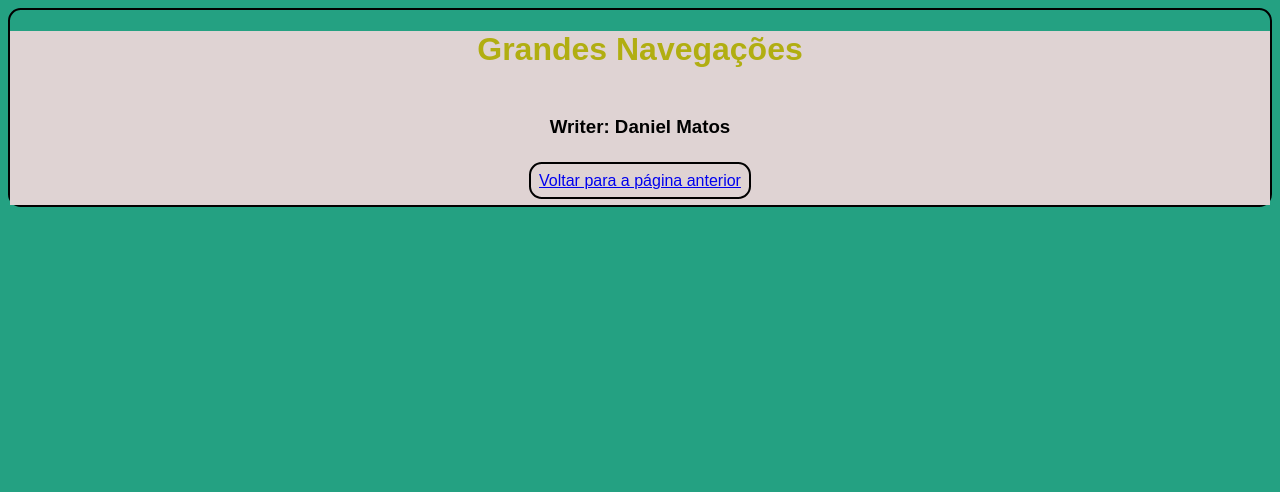
Repository: batmit/FutureFundation.github.io-1
Page: menu/articles/history/modern/Idade Moderna/grandes_navegações.html
The author's editor kept a copy of each file at every save. The page is drawn from the files as they stood at one save, then again after the next save.
The browser window is 1280 px wide. The pictures show the whole page.

Above is the page before, as saved 2022-02-22 15:50:51.

### menu/articles/history/modern/Idade Moderna/grandes_navegações.html
<!DOCTYPE html>
<html lang="pt-BR">
<head>
    <meta charset="UTF-8">
    <meta http-equiv="X-UA-Compatible" content="IE=edge">
    <meta name="viewport" content="width=device-width, initial-scale=1.0">
    <title>Grandes Navegações</title>
    <link rel="stylesheet" href="/menu/main.css">
</head>
<body>
    <div id="all">
        <header>
            <h1>Grandes Navegações</h1>
            <h3>Writer: Daniel Matos</h3>
        </header>



        <a href="./main.html">Voltar para a página anterior</a>
    </div>
</body>
</html>

### menu/main.css
body{

    text-align: center;

    border: black 2px solid;

    border-radius: 0.8rem;

    font-family: 'Ubuntu', arial;

    background-color: rgb(36, 161, 130);


}

#articles {
    gap: 3px;
}

#all{

    background-color: rgb(223, 211, 211);

}


#codigo{
    text-align:left;

}


img{
    text-align: center;
    justify-content: center;

}

p{
    font-size: 20px;
    font-family: 'Ubuntu', arial;
}

a{
    border: 2px solid black;

    border-radius: 0.8rem;

    box-sizing: border-box;

    padding: 0.5rem;

    line-height:3rem;

    margin: 2px;


}

a:hover{

    background-color:#F0FFFF;

}

h1{

    margin-bottom: 3rem;

    color: rgb(177, 174, 17);

}

audio {
    -webkit-transition:all 0.5s linear;
    -moz-transition:all 0.5s linear;
    -o-transition:all 0.5s linear;
    transition:all 0.5s linear;
    -moz-box-shadow: 2px 2px 4px 0px #006773;
    -webkit-box-shadow:  2px 2px 4px 0px #006773;
    box-shadow: 2px 2px 4px 0px #006773;
    -moz-border-radius:7px 7px 7px 7px ;
    -webkit-border-radius:7px 7px 7px 7px ;
    border-radius:7px 7px 7px 7px ;
}

audio:hover, audio:focus, audio:active {

-webkit-box-shadow: 15px 15px 20px rgba(0,0, 0, 0.4);
-moz-box-shadow: 15px 15px 20px rgba(0,0, 0, 0.4);
box-shadow: 15px 15px 20px rgba(0,0, 0, 0.4);
-webkit-transform: scale(1.05);
-moz-transform: scale(1.05);
transform: scale(1.05);

}



@media (max-width: 900px) {


    a{

        display: block;
        line-height: 0.5rem;
        padding: 1rem;

    }

    #img{
        text-align: right;
    }

}

@media (prefers-color-scheme: dark) {
    #all{

        background-color: rgb(90, 73, 73);

    }

    h1{
        color: white
    }

    p{
        color: white;
    }

    a{
        background-color: aqua;
    }

    h3{
        color: white;
    }

    strong {
        color: white;
    }


}

After the next save:
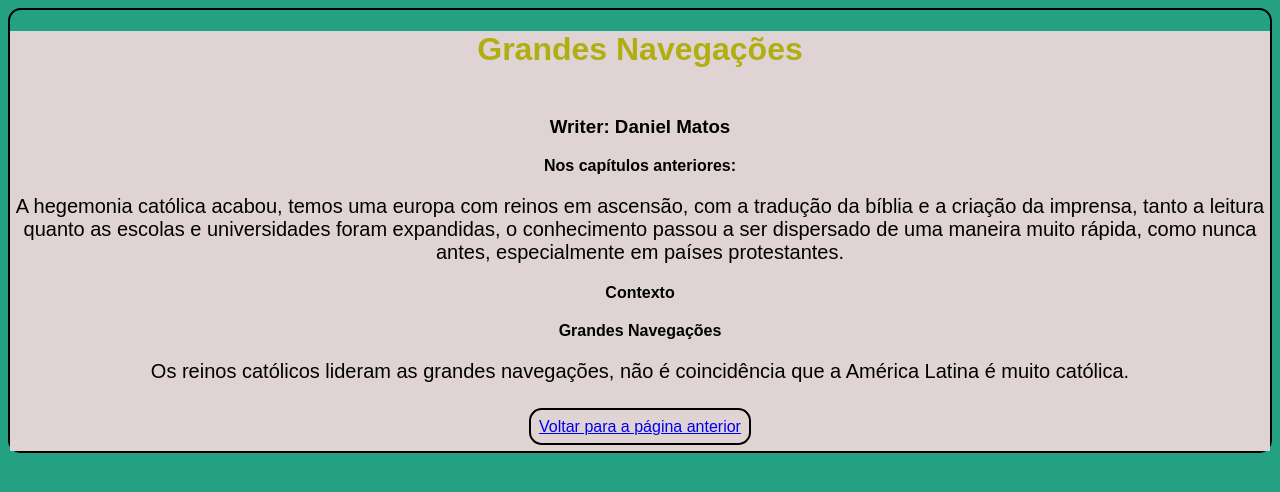
Saved 5 min 28 s later.
--- a/menu/articles/history/modern/Idade Moderna/grandes_navegações.html
+++ b/menu/articles/history/modern/Idade Moderna/grandes_navegações.html
@@ -13,8 +13,16 @@
             <h1>Grandes Navegações</h1>
             <h3>Writer: Daniel Matos</h3>
         </header>
+        <strong>Nos capítulos anteriores:</strong>
+        <p>A hegemonia católica acabou, temos uma europa com reinos em ascensão, com a tradução da bíblia e a criação da imprensa, tanto a leitura quanto as escolas e universidades foram expandidas, o conhecimento passou a ser dispersado de uma maneira muito rápida, como nunca antes, especialmente em países protestantes. </p>
 
+        <strong>Contexto</strong>
 
+        <p></p>
+
+        <strong>Grandes Navegações</strong>
+
+        <p>Os reinos católicos lideram as grandes navegações, não é coincidência que a América Latina é muito católica. </p>
 
         <a href="./main.html">Voltar para a página anterior</a>
     </div>
